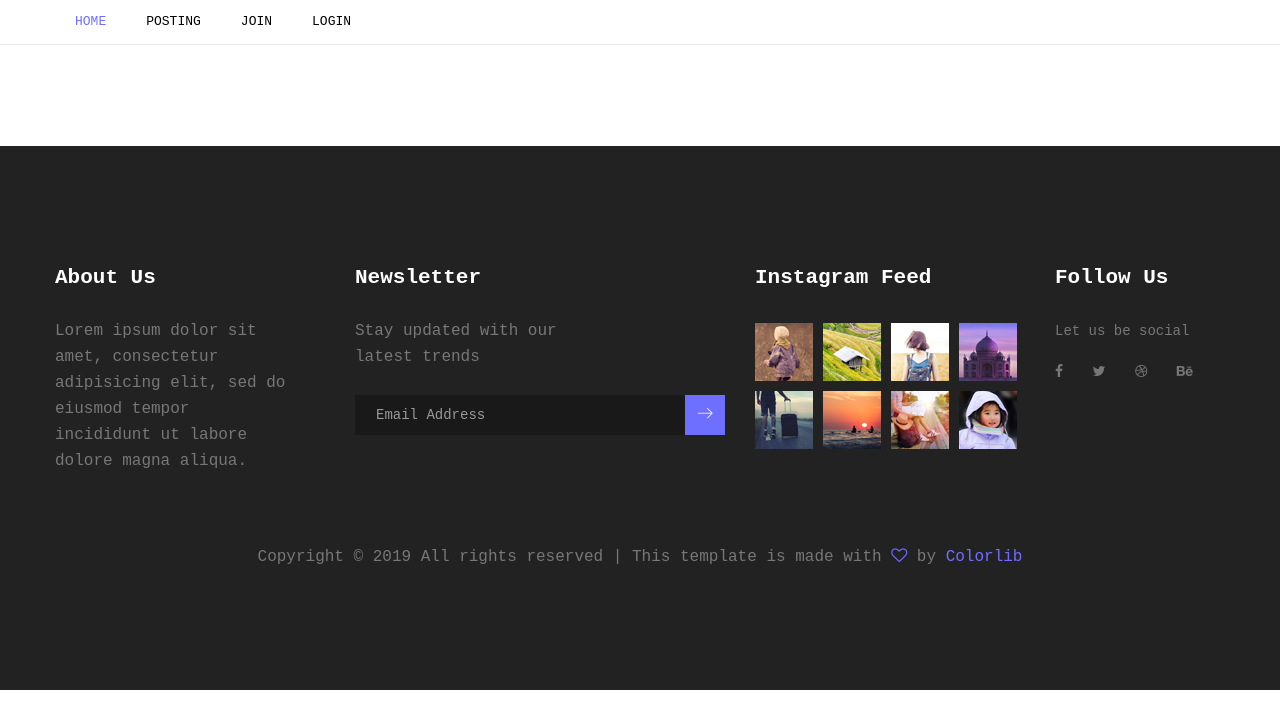
Repository: cwj2306/blog_project_2
Page: http://localhost/blog/user/userProfileForm.jsp
An editor plug-in stored every save of this project. The page is shown before and after the next save, followed by the edit.
The browser window is 1280 px wide. The pictures show the whole page.
Some web fonts or font styles are not loaded; a fallback is used. The page is served by Tomcat 9. Other server files are loaded and not shown.

Above is the page before, as saved 2019-11-12 03:13:13.

### blog/WebContent/user/userProfileForm.jsp
<%@ page language="java" contentType="text/html; charset=UTF-8"
    pageEncoding="UTF-8"%>
<%@ include file = "/include/nav.jsp" %>

	<section class="contact_area">
		<div class="container">
			<div class="row">
				<div class="col-lg-12">
				<!--
					<form class="row contact_form" action="/blog/user?cmd=update" method="post" onsubmit="return validateCheck()">
						<input type="hidden" name="id" value="${sessionScope.user.id}">

						<div class="col-md-12">
							<div class="form-group">
								<input type="text" class="form-control" value="${sessionScope.user.username}" name="username" placeholder="아이디" readonly="readonly">
							</div>
						</div>

						<div class="col-md-12">
							<div class="form-group">
								<input type="password" class="form-control" id="password" name="password" placeholder="비밀번호" required="required" maxlength="20">
							</div>
						</div>

						<div class="col-md-12">
							<div class="form-group">
								<input type="password" class="form-control" id="passwordCheck" name="passwordCheck" placeholder="비밀번호 확인" required="required" maxlength="20">
							</div>
						</div>

						<div class="col-md-12">
							<div class="form-group">
								<input type="email" class="form-control" value="${sessionScope.user.email}" name="email" placeholder="이메일" maxlength="40" readonly="readonly">
							</div>
						</div>

						<div class="col-md-12">
							<div class="form-group float-right">
								<a style="cursor:pointer;" class="blog_btn" href="#" onclick="goPopup()">주소 찾기</a>
							</div>
						</div>

						<div class="col-md-12">
							<div class="form-group">
								<input type="text" class="form-control" value="${sessionScope.user.address}"name="address" id="roadFullAddr" placeholder="도로명 주소" required="required" readonly="readonly">
							</div>
						</div>

						<div class="col-md-12 text-right">
							<button type="submit" value="submit" class="btn submit_btn">Save</button>
						</div>
					-->


					</form>

				</div>
			</div>
		</div>
	</section>

<%@ include file = "/include/footer.jsp" %>

### blog/WebContent/include/nav.jsp
<%@ page language="java" contentType="text/html; charset=UTF-8" pageEncoding="UTF-8"%>
<%@ taglib prefix="c" uri="http://java.sun.com/jsp/jstl/core" %>

<!doctype html>
<html lang="en">
    <head>
        <!-- Required meta tags -->
        <meta charset="utf-8">
        <meta name="viewport" content="width=device-width, initial-scale=1, shrink-to-fit=no">
        <link rel="icon" href="/blog/img/favicon.png" type="image/png">
        <title>Opium Blog</title>
        <!-- Bootstrap CSS -->
        <link rel="stylesheet" href="/blog/css/bootstrap.css">
        <link rel="stylesheet" href="/blog/vendors/linericon/style.css">
        <link rel="stylesheet" href="/blog/css/font-awesome.min.css">
        <link rel="stylesheet" href="/blog/vendors/owl-carousel/owl.carousel.min.css">
        <link rel="stylesheet" href="/blog/vendors/lightbox/simpleLightbox.css">
        <link rel="stylesheet" href="/blog/vendors/nice-select/css/nice-select.css">
        <link rel="stylesheet" href="/blog/vendors/animate-css/animate.css">
        <link rel="stylesheet" href="/blog/vendors/jquery-ui/jquery-ui.css">
        <!-- main css -->
        <link rel="stylesheet" href="/blog/css/style.css">
        <link rel="stylesheet" href="/blog/css/responsive.css">
    </head>
    <body>

        <!--================Header Menu Area =================-->
        <header class="header_area">
			<div class="main_menu">
				<nav class="navbar navbar-expand-lg navbar-light">
					<div class="container box_1620">
						<!-- Brand and toggle get grouped for better mobile display -->
						<a class="navbar-brand logo_h" href="#"><img src="/blog/img/logo.png" alt=""></a>
						<button class="navbar-toggler" type="button" data-toggle="collapse" data-target="#navbarSupportedContent" aria-controls="navbarSupportedContent" aria-expanded="false" aria-label="Toggle navigation">
							<span class="icon-bar"></span>
							<span class="icon-bar"></span>
							<span class="icon-bar"></span>
						</button>

						<!-- Collect the nav links, forms, and other content for toggling -->
						<div class="collapse navbar-collapse offset" id="navbarSupportedContent">
							<ul class="nav navbar-nav menu_nav">
								<li class="nav-item active"><a class="nav-link" href="/blog/index.jsp">Home</a></li>
								<li class="nav-item"><a class="nav-link" href="/blog/board/write.jsp">Posting</a></li>

								<c:choose>
									<c:when test="${empty sessionScope.user}">
										<li class="nav-item"><a class="nav-link" href="/blog/user/join.jsp">Join</a></li>
										<li class="nav-item"><a class="nav-link" href="/blog/user/login.jsp">Login</a></li>
									</c:when>
									<c:otherwise>
										<li class="nav-item"><a class="nav-link" href="/blog/user/update.jsp">Profile</a></li>
										<li class="nav-item"><a class="nav-link" href="/blog/user?cmd=logout">Logout</a></li>
									</c:otherwise>
								</c:choose>

							</ul>
							<ul class="nav navbar-nav navbar-right header_social ml-auto">
								<!--
								<li class="nav-item"><a href="#"><i class="fa fa-facebook"></i></a></li>
								<li class="nav-item"><a href="#"><i class="fa fa-twitter"></i></a></li>
								<li class="nav-item"><a href="#"><i class="fa fa-dribbble"></i></a></li>
								<li class="nav-item"><a href="#"><i class="fa fa-behance"></i></a></li>
								 -->
								 <c:if test="${not empty sessionScope.user}">
								 	<a href="/blog/user/userProfileForm.jsp"><img src = "${sessionScope.user.userProfile}" width="40px" height="40px" style="border-radius: 50%;"/></a>
								 </c:if>

							</ul>
						</div>
					</div>
				</nav>
			</div>
        </header>
        <!--================Header Menu Area =================-->

### blog/WebContent/include/footer.jsp
<%@ page language="java" contentType="text/html; charset=UTF-8" pageEncoding="UTF-8"%>
<!--================ start footer Area  =================-->
<footer class="footer-area p_120">
	<div class="container">
		<div class="row">
			<div class="col-lg-3  col-md-6 col-sm-6">
				<div class="single-footer-widget">
					<h6 class="footer_title">About Us</h6>
					<p>Lorem ipsum dolor sit amet, consectetur adipisicing elit, sed do eiusmod tempor incididunt ut labore dolore magna aliqua.</p>
				</div>
			</div>
			<div class="col-lg-4 col-md-6 col-sm-6">
				<div class="single-footer-widget">
					<h6 class="footer_title">Newsletter</h6>
					<p>Stay updated with our latest trends</p>
					<div id="mc_embed_signup">
						<form target="_blank" action="https://spondonit.us12.list-manage.com/subscribe/post?u=1462626880ade1ac87bd9c93a&amp;id=92a4423d01" method="get" class="subscribe_form relative">
							<div class="input-group d-flex flex-row">
								<input name="EMAIL" placeholder="Email Address" onfocus="this.placeholder = ''" onblur="this.placeholder = 'Email Address '" required="" type="email">
								<button class="btn sub-btn">
									<span class="lnr lnr-arrow-right"></span>
								</button>
							</div>
							<div class="mt-10 info"></div>
						</form>
					</div>
				</div>
			</div>
			<div class="col-lg-3 col-md-6 col-sm-6">
				<div class="single-footer-widget instafeed">
					<h6 class="footer_title">Instagram Feed</h6>
					<ul class="list instafeed d-flex flex-wrap">
						<li><img src="/blog/img/instagram/Image-01.jpg" alt=""></li>
						<li><img src="/blog/img/instagram/Image-02.jpg" alt=""></li>
						<li><img src="/blog/img/instagram/Image-03.jpg" alt=""></li>
						<li><img src="/blog/img/instagram/Image-04.jpg" alt=""></li>
						<li><img src="/blog/img/instagram/Image-05.jpg" alt=""></li>
						<li><img src="/blog/img/instagram/Image-06.jpg" alt=""></li>
						<li><img src="/blog/img/instagram/Image-07.jpg" alt=""></li>
						<li><img src="/blog/img/instagram/Image-08.jpg" alt=""></li>
					</ul>
				</div>
			</div>
			<div class="col-lg-2 col-md-6 col-sm-6">
				<div class="single-footer-widget f_social_wd">
					<h6 class="footer_title">Follow Us</h6>
					<p>Let us be social</p>
					<div class="f_social">
						<a href="#"><i class="fa fa-facebook"></i></a>
						<a href="#"><i class="fa fa-twitter"></i></a>
						<a href="#"><i class="fa fa-dribbble"></i></a>
						<a href="#"><i class="fa fa-behance"></i></a>
					</div>
				</div>
			</div>
		</div>
		<div class="row footer-bottom d-flex justify-content-between align-items-center">
			<p class="col-lg-12 footer-text text-center">
				<!-- Link back to Colorlib can't be removed. Template is licensed under CC BY 3.0. -->
				Copyright &copy;
				<script>document.write(new Date().getFullYear());</script>
				All rights reserved | This template is made with <i class="fa fa-heart-o" aria-hidden="true"></i> by <a href="https://colorlib.com" target="_blank">Colorlib</a>
				<!-- Link back to Colorlib can't be removed. Template is licensed under CC BY 3.0. -->
			</p>
		</div>
	</div>
</footer>
<!--================ End footer Area  =================-->




<!-- Optional JavaScript -->
<!-- jQuery first, then Popper.js, then Bootstrap JS -->
<script src="/blog/js/jquery-3.2.1.min.js"></script>
<script src="/blog/js/popper.js"></script>
<script src="/blog/js/bootstrap.min.js"></script>
<script src="/blog/js/stellar.js"></script>
<script src="/blog/vendors/lightbox/simpleLightbox.min.js"></script>
<script src="/blog/vendors/nice-select/js/jquery.nice-select.min.js"></script>
<script src="/blog/vendors/isotope/imagesloaded.pkgd.min.js"></script>
<script src="/blog/vendors/isotope/isotope-min.js"></script>
<script src="/blog/vendors/owl-carousel/owl.carousel.min.js"></script>
<script src="/blog/vendors/jquery-ui/jquery-ui.js"></script>
<script src="/blog/js/jquery.ajaxchimp.min.js"></script>
<script src="/blog/js/mail-script.js"></script>
<script src="/blog/js/theme.js"></script>

</body>
</html>

### blog/WebContent/css/responsive.css
@media (max-width:1619px){
	/* Main Menu Area css
	============================================================================================ */
   .header_area .navbar .search {
		margin-left: 40px;
	}
	/* End Main Menu Area css
	============================================================================================ */
	.home_banner_area .blog_text_slider .owl-prev, .home_banner_area .blog_text_slider .owl-next {
		right: 0px;
		font-size: 30px;
	}
}
@media (max-width:1199px){
	/* Main Menu Area css
	============================================================================================ */
	.header_area + section, .header_area + div {
		margin-top: 143px;
	}
	.top_menu .container{
		display: block;
	}
	/* End Main Menu Area css
	============================================================================================ */
	/* Home Banner Area css
	============================================================================================ */
	.home_banner_area {
		min-height: 700px;
	}
	/* End Home Banner Area css
	============================================================================================ */
	.home_banner_area {
		background-size: cover;
	}
	.blog_text {
		padding: 65px 65px 65px 65px;
	}
	.banner_area {
		background-size: cover;
	}
	.blog_style1 .blog_text {
		padding-left: 15px;
		padding-right: 15px;
		padding-top: 0px;
		padding-bottom: 0px;
	}
}

@media (max-width:991px){
	/* Main Menu Area css
	============================================================================================ */
	.logo_part {
		display: none;
	}
    .navbar-toggler {
        border: none;
        border-radius: 0px;
        padding: 0px;
        cursor: pointer;
        margin-top: 27px;
        margin-bottom: 23px;
		float: right;
    }
	.header_area .navbar {
		background: #fff;
	}
    .navbar-toggler[aria-expanded="false"] span:nth-child(2) {
		opacity: 1;
	}
	.navbar-toggler[aria-expanded="true"] span:nth-child(2) {
		opacity: 0;
	}
	.navbar-toggler[aria-expanded="true"] span:first-child {
		transform: rotate(-45deg);
		position: relative;
		top: 7.5px;
	}
	.navbar-toggler[aria-expanded="true"] span:last-child {
		transform: rotate(45deg);
		bottom: 6px;
		position: relative;
	}
	.navbar-toggler span{
		display: block;
		width: 25px;
		height: 3px;
		background: #000;
		margin: auto;
		margin-bottom: 4px;
		transition: all 400ms linear;
		cursor: pointer;
	}
    .navbar .container{
        padding-left: 15px;
        padding-right: 15px;
    }
    .nav{
        padding: 0px 0px;
    }
	.header_area + section, .header_area + row, .header_area + div {
		margin-top: 117px;
	}
    .header_top .nav{
        padding: 0px;
    }
    .header_area .navbar .nav .nav-item .nav-link{
        line-height: 40px;
        margin-right: 0px;
        display: block;
		border-bottom: 1px solid #ededed33;
		border-radius: 0px;
    }
    .header_area .navbar .search{
        margin-left: 0px;
    }
	.header_area .navbar-collapse{
		max-height: 340px;
		overflow-y: scroll;
	}
	.header_area .navbar .nav .nav-item.submenu ul .nav-item .nav-link {
		padding: 0px 15px;
	}
	.header_area .navbar .nav .nav-item {
		margin-right: 0px;
	}
	.header_area + section, .header_area + row, .header_area + div {
		margin-top: 71px;
	}
	.main_menu .navbar .container_inner {
		display: block;
	}
	.main_menu .navbar .navbar-brand {
		display: inline-block;
		padding-top: 11px;
		width: 173px;
	}
	.main_menu .navbar .navbar-brand img {
		width: 100%;
	}
	/* End Main Menu Area css
	============================================================================================ */

	/* Contact Page Area css
	============================================================================================ */
	.contact_info{
		margin-bottom: 50px;
	}
	/* End Contact page Area css
	============================================================================================ */
	.home_banner_area .donation_inner{
		margin-bottom: -30px;
	}
	.single-footer-widget{
		margin-bottom: 30px;
	}
	.footer-area .row{
		margin-bottom: -30px;
	}
	/* Footer Area css
	============================================================================================ */
	/* End End Footer Area css
	============================================================================================ */
	.home_banner_area {
		background-size: cover;
		margin-bottom: 0px;
	}
	/* Extra header Area css
	============================================================================================ */
	/* End Extra header Area css
	============================================================================================ */

	.nav.navbar-nav.navbar-right.header_social{
		display: none;
	}

}
@media (max-width:767px){
	.home_banner_area {
		min-height: 500px;
	}
	.home_banner_area .banner_inner {
		min-height: 500px;
	}
	.home_banner_area .banner_inner .banner_content {
		margin-top: 0px;
	}
	/* Blog Page Area css
	============================================================================================ */
    .blog_banner .banner_inner .blog_b_text h2 {
		font-size: 40px;
		line-height: 50px;
	}
	.blog_info.text-right{
		text-align: left !important;
		margin-bottom: 10px;
	}
	/* End Blog Page Area css
	============================================================================================ */
	.home_banner_area .banner_inner .banner_content h3 {
		font-size: 30px;
	}
	.home_banner_area .banner_inner .banner_content p br {
		display: none;
	}
	/* Footer Area css
	============================================================================================ */
	.footer-bottom .footer-text{
		text-align: center;
	}
	.footer-bottom .footer-social {
		text-align: center;
		margin-bottom: 20px;
	}
	/* End End Footer Area css
	============================================================================================ */
	.blog_style1.small .blog_img img{
		width: 100%;
	}
}
@media (max-width:575px){

	.header_area + section, .header_area + row, .header_area + div {
		margin-top: 71px;
	}
	.top_menu {
		display: none;
	}

    /* Home Banner Area css
	============================================================================================ */
	.home_banner_area .banner_inner .banner_content h2 {
		font-size: 28px;
	}
	.home_banner_area {
		min-height: 500px;
	}
	.home_banner_area .banner_inner {
		min-height: 500px;
	}
	.blog_banner .banner_inner .blog_b_text {
		margin-top: 0px;
	}
	.home_banner_area .banner_inner .banner_content img{
		display: none;
	}
	.home_banner_area .banner_inner .banner_content h5 {
		margin-top: 0px;
	}
	.home_banner_area .banner_inner .banner_content .date a {
		margin-right: 8px;
	}
	/* End Home Banner Area css
	============================================================================================ */
	.p_120 {
		padding-top: 70px;
		padding-bottom: 70px;
	}
	.main_title h2 {
		font-size: 25px;
	}
	/* Elements Area css
	============================================================================================ */
	.sample-text-area {
		padding: 70px 0 70px 0;
	}
	/* End Elements Area css
	============================================================================================ */

	/* Blog Page Area css
	============================================================================================ */
	.blog_details h2 {
		font-size: 20px;
		line-height: 30px;
	}
	.blog_banner .banner_inner .blog_b_text h2 {
		font-size: 28px;
		line-height: 38px;
	}
	.banner_area .banner_inner .banner_content {
		margin-top: 0px;
	}
	/* End Blog Page Area css
	============================================================================================ */
	/* Footer Area css
	============================================================================================ */
	/* End End Footer Area css
	============================================================================================ */
	.pad_top {
		padding-top: 70px;
	}
	.mt-100 {
		margin-top: 50px;
	}
	.single-footer-widget p {
		max-width: 100%;
	}
	.p_100 {
		padding-top: 70px;
		padding-bottom: 70px;
	}
	.blog_style1 .blog_text .blog_text_inner {
		margin-top: 0px;
	}
	.blog_style1 .blog_text {
		padding-left: 0px;
		padding-right: 0px;
		padding-top: 0px;
		padding-bottom: 0px;
	}
	.blog_text .cat a {
		margin-right: 5px;
	}
	.blog_text .cat .cat_btn {
		display: block;
		width: 86px;
		margin-bottom: 10px;
	}
}

@media (max-width:480px){
	/* Main Menu Area css
	============================================================================================ */
	.header_area .navbar-collapse{
		max-height: 250px;
	}
	/* End Main Menu Area css
	============================================================================================ */

	/* Home Banner Area css
	============================================================================================ */
    .home_banner_area .banner_inner .banner_content {
		padding: 30px 15px;
		margin-top: 0px;
	}
	.banner_content .white_btn {
		display: block;
	}
	.home_banner_area .banner_inner .banner_content h3 {
		font-size: 24px;
	}
	.home_banner_area .carousel .carousel-indicators {
		bottom: -50px;
		z-index: 20;
	}
	/* End Home Banner Area css
	============================================================================================ */
	.banner_area .banner_inner .banner_content h2 {
		font-size: 32px;
	}
	/* Blog Page Area css
	============================================================================================ */
	.comments-area .thumb {
		margin-right: 10px;
	}

	/* End Blog Page Area css
	============================================================================================ */
	.home_banner_area .blog_text_slider .owl-prev {
		top: auto;
		bottom: 110px;
		transform: translateY(-0%);
		left: 10px;
	}
	.home_banner_area .blog_text_slider .owl-next {
		top: auto;
		bottom: 110px;
		right: 10px;
		transform: translateY(-0%);
	}
	.blog_text {
		padding: 60px 20px;
	}
}

Loaded but not shown: blog/WebContent/css/bootstrap.css (library); blog/WebContent/vendors/linericon/style.css (library); blog/WebContent/css/font-awesome.min.css (library); blog/WebContent/vendors/owl-carousel/owl.carousel.min.css (common file); blog/WebContent/vendors/lightbox/simpleLightbox.css (library); blog/WebContent/vendors/nice-select/css/nice-select.css (library); blog/WebContent/vendors/animate-css/animate.css (library); blog/WebContent/vendors/jquery-ui/jquery-ui.css (library); blog/WebContent/js/jquery-3.2.1.min.js (library); blog/WebContent/js/popper.js (library); blog/WebContent/js/bootstrap.min.js (library); blog/WebContent/js/stellar.js (library); blog/WebContent/vendors/lightbox/simpleLightbox.min.js (library); blog/WebContent/vendors/nice-select/js/jquery.nice-select.min.js (common file); blog/WebContent/vendors/isotope/imagesloaded.pkgd.min.js (library); blog/WebContent/vendors/isotope/isotope-min.js (library); blog/WebContent/vendors/owl-carousel/owl.carousel.min.js (library); blog/WebContent/vendors/jquery-ui/jquery-ui.js (library); blog/WebContent/js/jquery.ajaxchimp.min.js (library); blog/WebContent/js/theme.js (283 lines, source omitted); blog/WebContent/js/mail-script.js (31 lines, source omitted); blog/WebContent/css/style.css (3904 lines, source omitted)

After the next save:
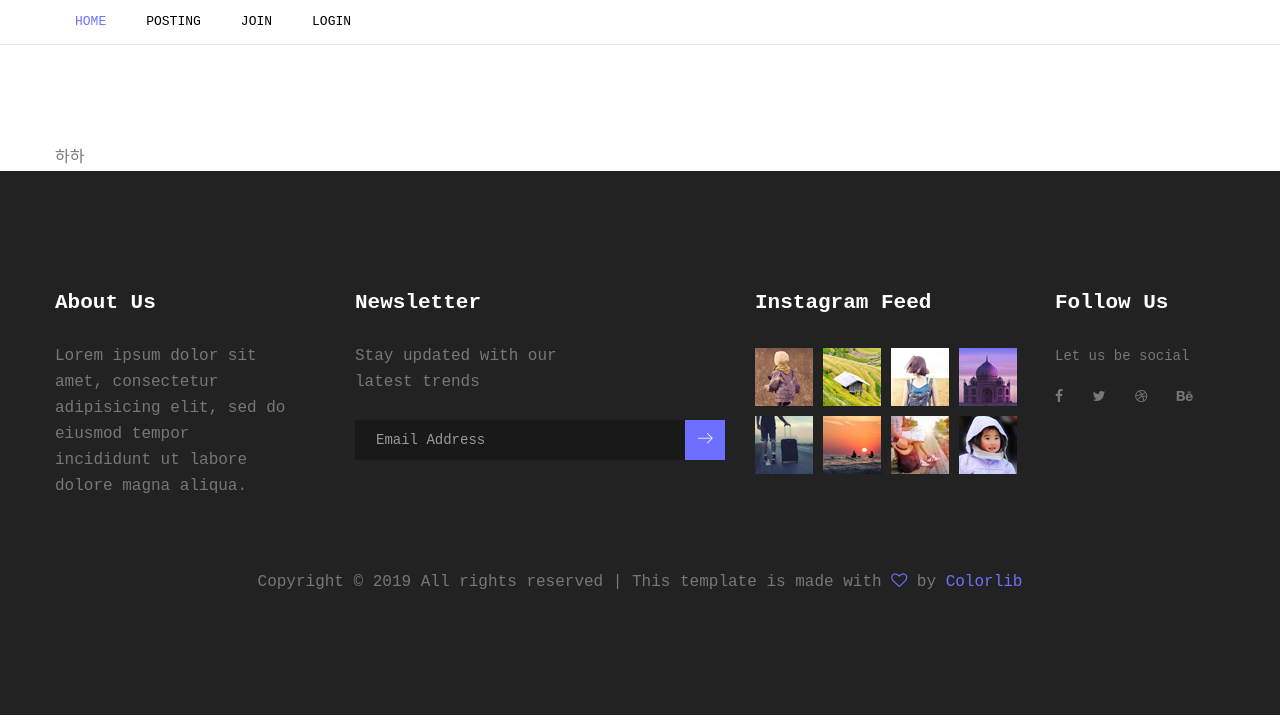
Saved 30 s later.
--- a/blog/WebContent/user/userProfileForm.jsp
+++ b/blog/WebContent/user/userProfileForm.jsp
@@ -1,62 +1,62 @@
-<%@ page language="java" contentType="text/html; charset=UTF-8"
-    pageEncoding="UTF-8"%>
-<%@ include file = "/include/nav.jsp" %>
+<%@ page language="java" contentType="text/html; charset=UTF-8" pageEncoding="UTF-8"%>
+<%@ include file="/include/nav.jsp"%>
 
-	<section class="contact_area">
-		<div class="container">
-			<div class="row">
-				<div class="col-lg-12">
+<section class="contact_area">
+	<div class="container">
+		<div class="row">
+			<div class="col-lg-12">
 				<!--
-					<form class="row contact_form" action="/blog/user?cmd=update" method="post" onsubmit="return validateCheck()">
-						<input type="hidden" name="id" value="${sessionScope.user.id}">
+				<form class="row contact_form" action="/blog/user?cmd=update" method="post" onsubmit="return validateCheck()">
+					<input type="hidden" name="id" value="${sessionScope.user.id}">
 
-						<div class="col-md-12">
-							<div class="form-group">
-								<input type="text" class="form-control" value="${sessionScope.user.username}" name="username" placeholder="아이디" readonly="readonly">
-							</div>
+					<div class="col-md-12">
+						<div class="form-group">
+							<input type="text" class="form-control" value="${sessionScope.user.username}" name="username" placeholder="아이디" readonly="readonly">
 						</div>
+					</div>
 
-						<div class="col-md-12">
-							<div class="form-group">
-								<input type="password" class="form-control" id="password" name="password" placeholder="비밀번호" required="required" maxlength="20">
-							</div>
+					<div class="col-md-12">
+						<div class="form-group">
+							<input type="password" class="form-control" id="password" name="password" placeholder="비밀번호" required="required" maxlength="20">
 						</div>
+					</div>
 
-						<div class="col-md-12">
-							<div class="form-group">
-								<input type="password" class="form-control" id="passwordCheck" name="passwordCheck" placeholder="비밀번호 확인" required="required" maxlength="20">
-							</div>
+					<div class="col-md-12">
+						<div class="form-group">
+							<input type="password" class="form-control" id="passwordCheck" name="passwordCheck" placeholder="비밀번호 확인" required="required" maxlength="20">
 						</div>
+					</div>
 
-						<div class="col-md-12">
-							<div class="form-group">
-								<input type="email" class="form-control" value="${sessionScope.user.email}" name="email" placeholder="이메일" maxlength="40" readonly="readonly">
-							</div>
+					<div class="col-md-12">
+						<div class="form-group">
+							<input type="email" class="form-control" value="${sessionScope.user.email}" name="email" placeholder="이메일" maxlength="40" readonly="readonly">
 						</div>
+					</div>
 
-						<div class="col-md-12">
-							<div class="form-group float-right">
-								<a style="cursor:pointer;" class="blog_btn" href="#" onclick="goPopup()">주소 찾기</a>
-							</div>
+					<div class="col-md-12">
+						<div class="form-group float-right">
+							<a style="cursor:pointer;" class="blog_btn" href="#" onclick="goPopup()">주소 찾기</a>
 						</div>
+					</div>
 
-						<div class="col-md-12">
-							<div class="form-group">
-								<input type="text" class="form-control" value="${sessionScope.user.address}"name="address" id="roadFullAddr" placeholder="도로명 주소" required="required" readonly="readonly">
-							</div>
+					<div class="col-md-12">
+						<div class="form-group">
+							<input type="text" class="form-control" value="${sessionScope.user.address}"name="address" id="roadFullAddr" placeholder="도로명 주소" required="required" readonly="readonly">
 						</div>
+					</div>
 
-						<div class="col-md-12 text-right">
-							<button type="submit" value="submit" class="btn submit_btn">Save</button>
-						</div>
+					<div class="col-md-12 text-right">
+						<button type="submit" value="submit" class="btn submit_btn">Save</button>
+					</div>
 					-->
 
+					하하
 
-					</form>
+				</form>
 
-				</div>
 			</div>
 		</div>
-	</section>
+	</div>
+</section>
 
-<%@ include file = "/include/footer.jsp" %>
+<%@ include file="/include/footer.jsp"%>
